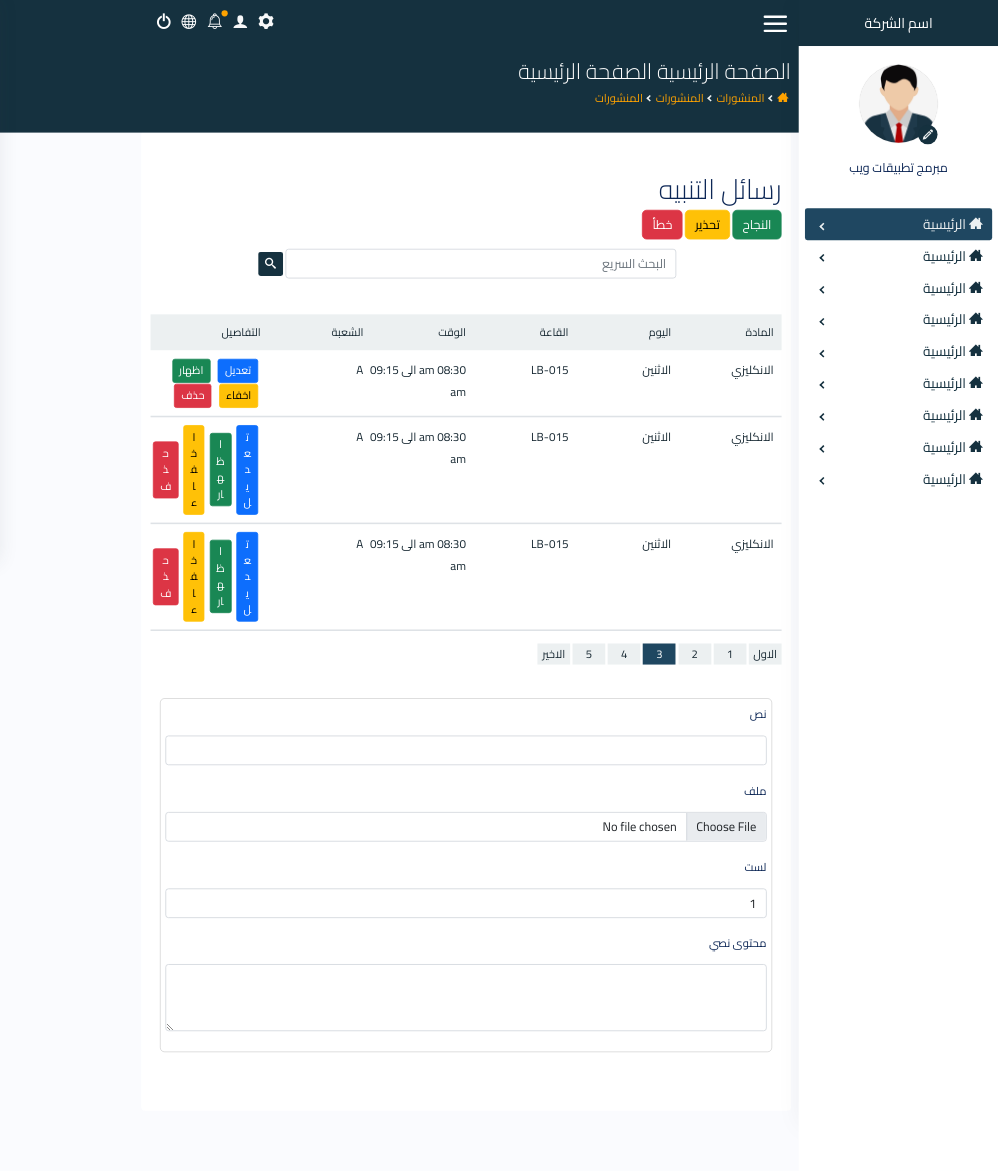
Repository: MohammedKhairi/dashboard-frontend
Page: index.html
These files come from the project's save history. The page is drawn as it stood at one moment and after a run of saves; the edit follows.
The browser window is 1280 px wide. The pictures show the whole page, at 78% of full size.

Above is the page before, as saved 2023-05-09 20:01:31.

After the next 2 saves:
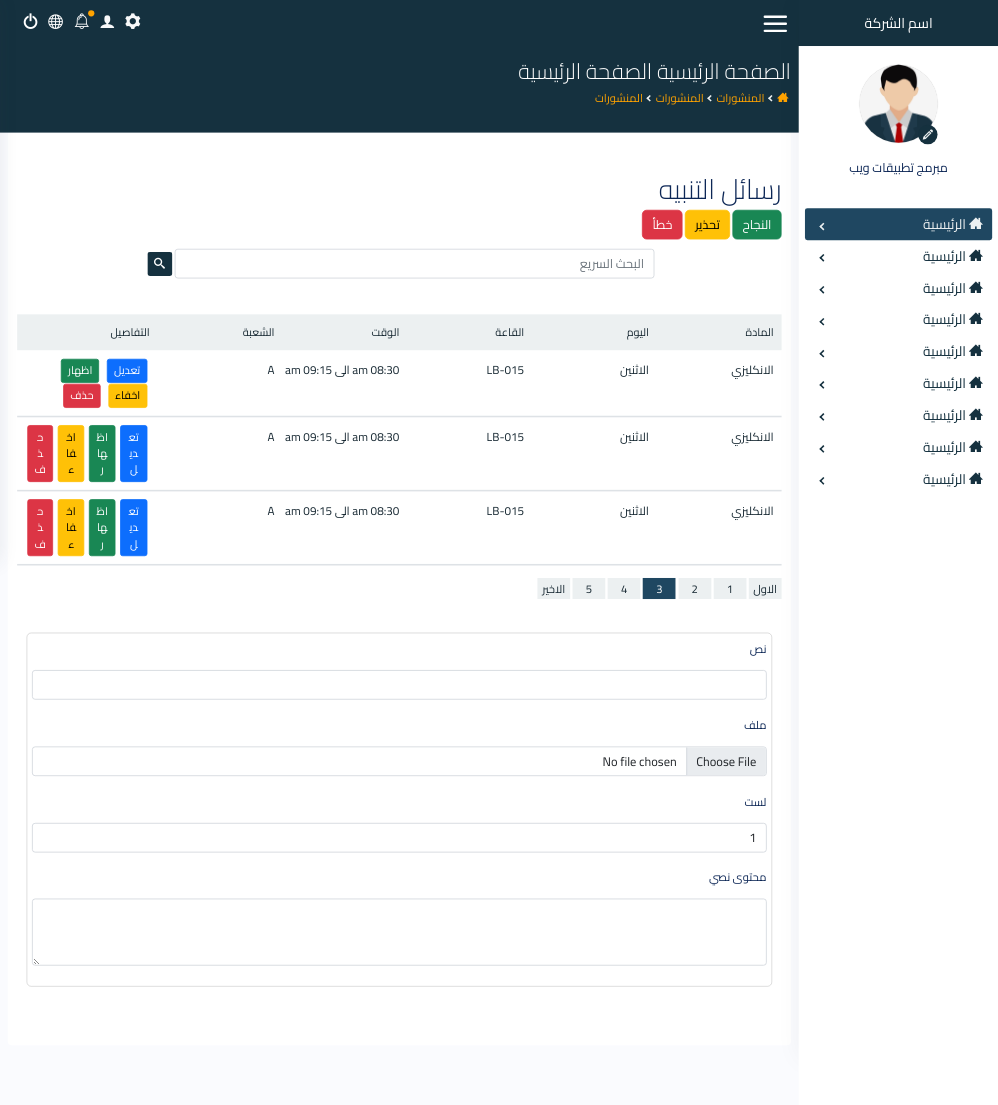
The 2 saves are shown as one change because they came seconds apart.
The last was saved 3 h 55 min later.
--- a/index.html
+++ b/index.html
@@ -15,7 +15,7 @@
 <body>
     <div class="ds-container">
         <!-- SIDEBAR -->
-        <nav class="col-2 sidebar">
+        <nav class="sidebar">
             <a href="" class="sidebar-brand d-block c text-white py-3 txt-orange fp125">اسم الشركة</a>
             <div class="sidebar-content">
                 <div class="sidebar-user">
@@ -248,7 +248,7 @@
         </div>
         <!--Setting Bar -->
         <!-- Page Content -->
-        <div class="page-content col-10">
+        <div class="page-content">
             <div class="page-container">
                 <!-- TOPBAR -->
                 <div class="topbar d-flex justify-content-between align-items-center">
